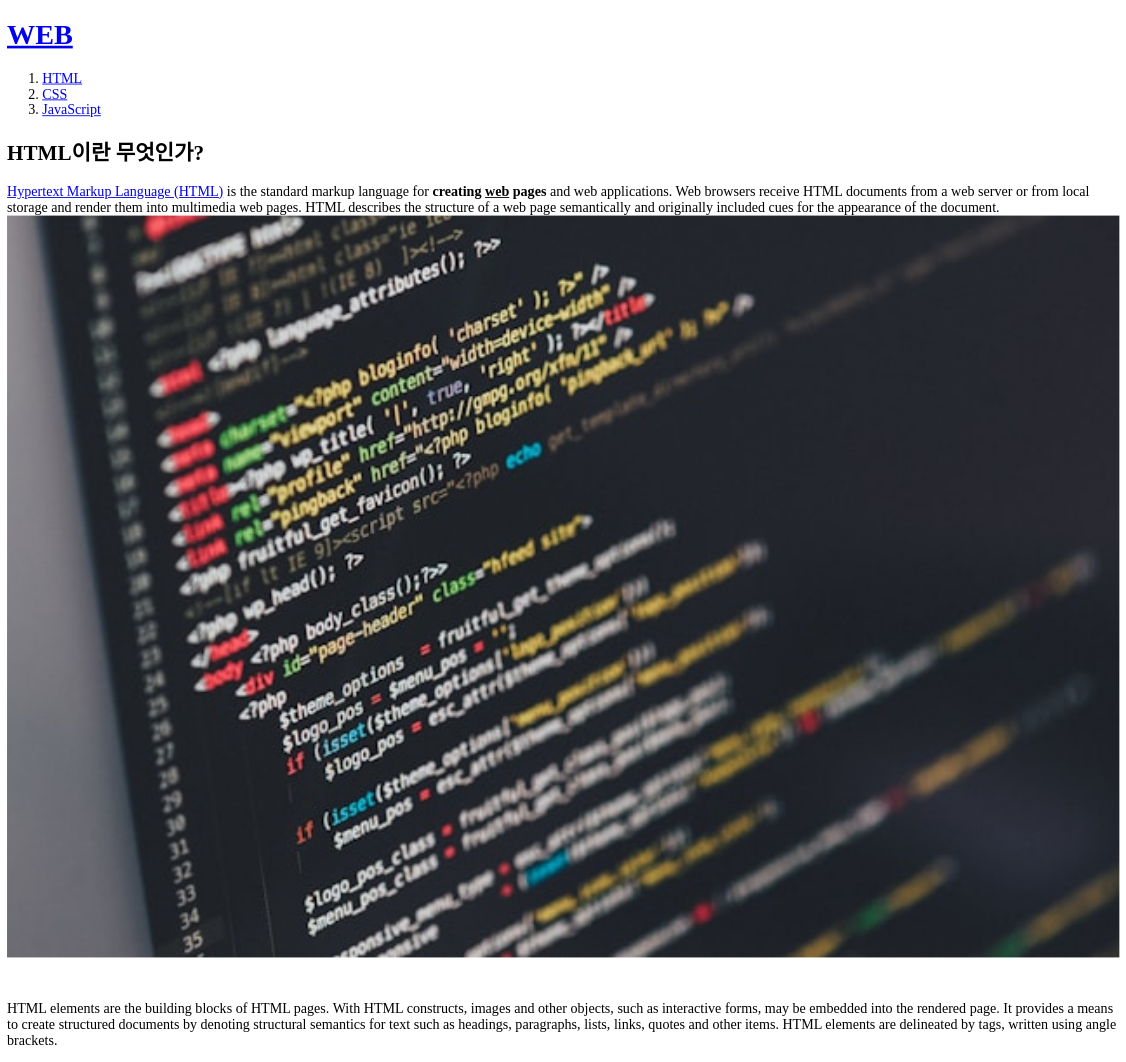
Repository: youngsik0405/Web-study
Page: Practice/WebContent/1.html
An editor plug-in stored every save of this project. The page is shown before and after the next save, followed by the edit.
The browser window is 1280 px wide. The pictures show the whole page, at 88% of full size.

Above is the page before, as saved 2025-01-21 10:48:51.

After the next save:
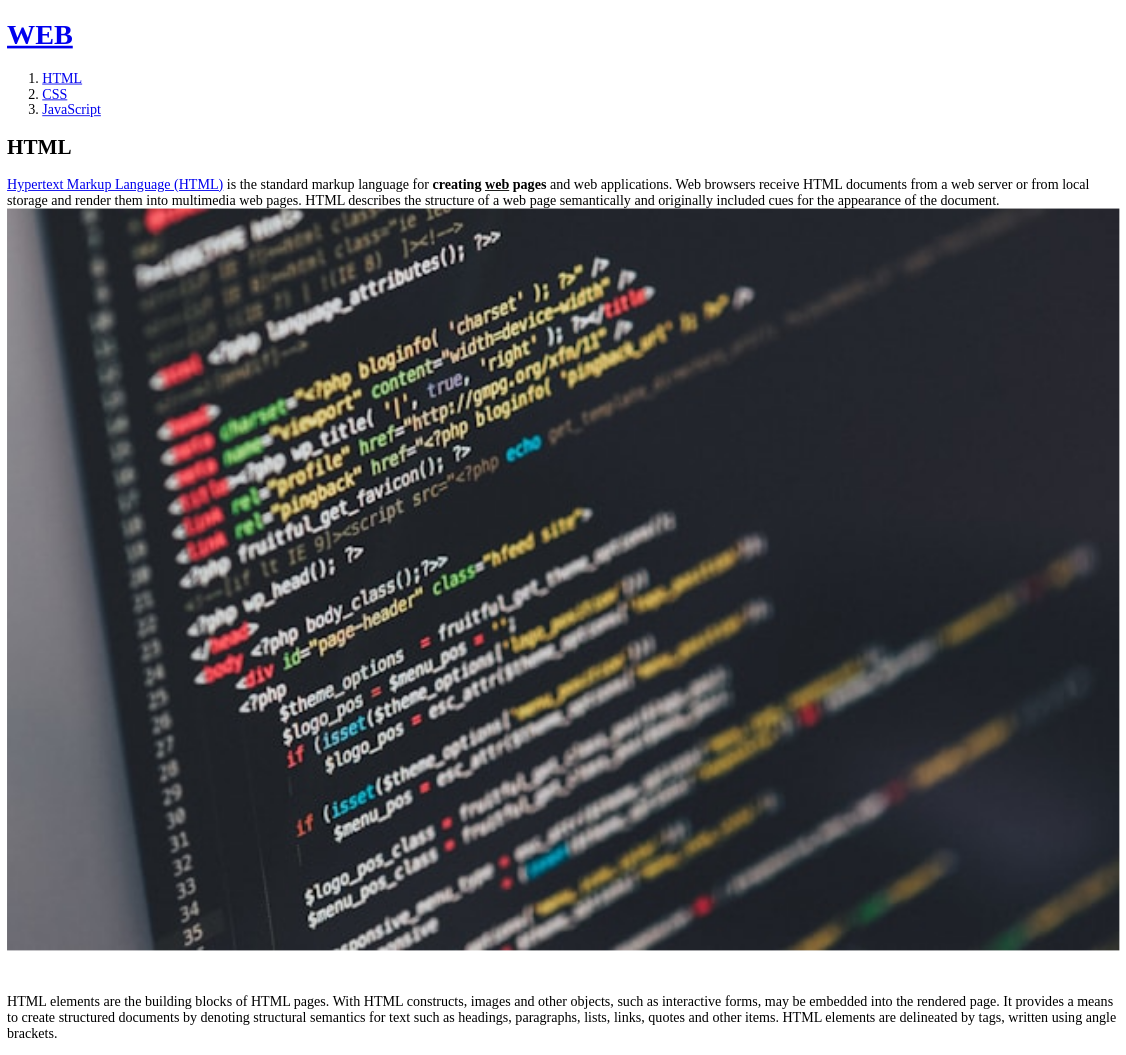
Saved 36 s later.
--- a/Practice/WebContent/1.html
+++ b/Practice/WebContent/1.html
@@ -11,7 +11,7 @@
 		<li><a href="2.html">CSS</a></li>
 		<li><a href="3.html">JavaScript</a></li>
 	</ol>
-	<h2>HTML이란 무엇인가?</h2>
+	<h2>HTML</h2>
 	<p><a href="https://www.w3.org/TR/2011/WD-html5-20110405/"
 	target="_blank" title="html5 specification">Hypertext Markup Language (HTML)</a> is
 	the standard markup language for <strong>creating <u>web</u>
